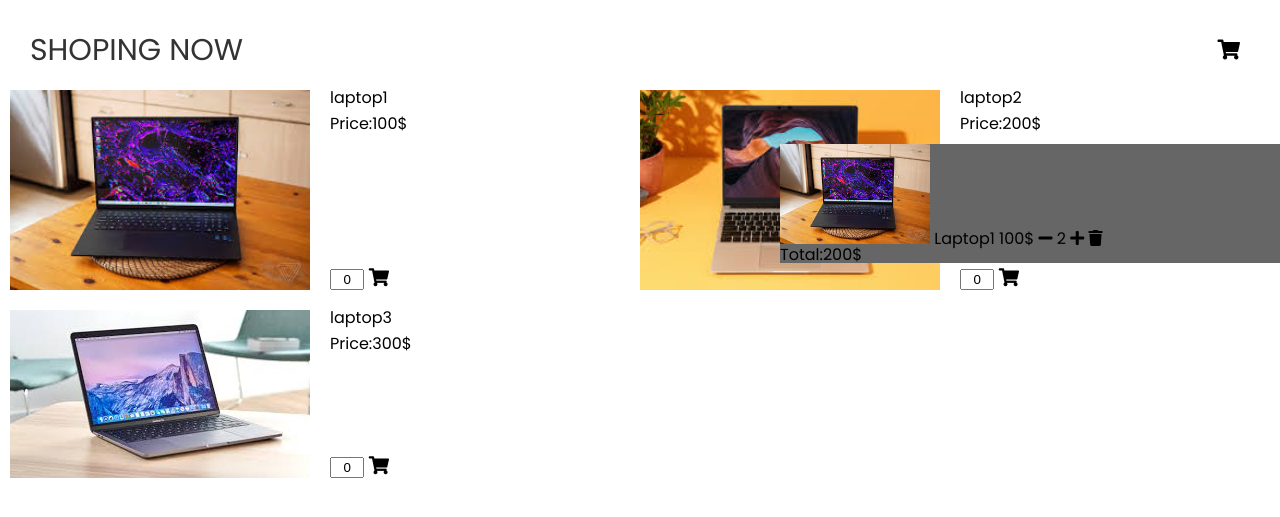
Repository: nttthao9/shopingcart
Page: index.html
An editor plug-in stored every save of this project. The page is shown before and after the next save, followed by the edit.
The browser window is 1280 px wide. The pictures show the whole page.
Some web libraries are served in a nearby version.

Above is the page before, as saved 2021-10-04 14:56:45.

### index.html
<!DOCTYPE html>
<html lang="en">

<head>
  <meta charset="UTF-8">
  <meta http-equiv="X-UA-Compatible" content="IE=edge">
  <meta name="viewport" content="width=device-width, initial-scale=1.0">
  <title>Shoping Cart</title>
  <link rel="preconnect" href="https://fonts.googleapis.com">
  <link rel="preconnect" href="https://fonts.gstatic.com" crossorigin>
  <link href="https://fonts.googleapis.com/css2?family=Poppins:wght@300;400;500;600&display=swap" rel="stylesheet">
  <link rel="stylesheet" href="https://cdnjs.cloudflare.com/ajax/libs/font-awesome/5.1.0-11/css/all.css"
    integrity="sha512-xO/VZFNBvip9IT+BD6Nq/pHdBvKeFcwygKqARlegjQ+5A68KsMSYrPbGP1oYow5ec9Tqq8peJXcn5J1bD4O00w=="
    crossorigin="anonymous" referrerpolicy="no-referrer" />
  <link rel="stylesheet" href="./styles/reset.css">
  <link rel="stylesheet" href="./styles/style.css">
</head>

<body>
  <div class="shoping">
    <div class="shoping-bar">
      <h2 class="shoping-title">Shoping now</h2>
      <div class="shoping-cart">
        <i class="fas fa-shopping-cart"></i>
      </div>
    </div>
    <div class="product-list">
      <!-- <div class="product-item">
        <img src="./images/laptop1.jpg" alt="" class="product-image">
        <div class="product-desc">
          <span class="product-name">Laptop1</span>
          <span>Price:<span class="product-price">100$</span></span>
          <div class="product-buy">
            <input type="number" name="" id="" class="product-count" value="0" min="0">
            <i class="fas fa-shopping-cart cart-icon"></i>
          </div>
        </div>
      </div> -->
    </div>
    <div class="cart">
      <div class="cart-item">
        <img src="./images/laptop1.jpg" alt="" class="cart-image">
        <span>Laptop1</span>
        <span>100$</span>
        <i class="fas fa-minus"></i>
        <span class="count">2</span>
        <i class="fas fa-plus"></i>
        <i class="fa fa-trash"></i>
      </div>
      <div class="total"><span>Total:</span><span>200$</span></div>
    </div>
  </div>
  <script src="./main.js"></script>
</body>

</html>

### styles/style.css
* {
  box-sizing: border-box;
}
html {
  font-size: 62.5%;
}
image {
  display: block;
  max-width: 100%;
}
input::-webkit-outer-spin-button,
input::-webkit-inner-spin-button {
  -webkit-appearance: none;
  margin: 0;
}
input[type='number'] {
  -moz-appearance: textfield;
}
body {
  font-family: 'Poppins', sans-serif;
  line-height: 1;
  font-size: 1.6rem;
}
.shoping {
  padding: 1rem;
}
.shoping-bar {
  display: flex;
  align-items: center;
  justify-content: space-between;
  padding: 2rem;
}
.shoping-title {
  font-size: 3rem;
  color: #333;
  text-transform: uppercase;
}
.shoping-cart {
  font-size: 2rem;
  padding: 1rem;
  cursor: pointer;
}
.product-list {
  display: flex;
  justify-content: space-between;
  flex-wrap: wrap;
}
.product-item {
  width: 50%;
  display: flex;
  margin-bottom: 2rem;
}
.product-name {
  display: block;
  margin-bottom: 1rem;
}
.product-price {
  display: inline-block;
  margin-bottom: 1rem;
}
.product-desc {
  margin-left: 2rem;
  display: flex;
  flex-direction: column;
}
.product-count {
  width: 15%;
  text-align: center;
}
.product-buy {
  margin-top: auto;
}
.cart-icon {
  display: inline-block;
  font-size: 1.8rem;
  cursor: pointer;
  margin-right: 2rem;
}
.product-image {
  width: 30rem;
  overflow: hidden;
  -o-object-fit: cover;
  object-fit: cover;
}
.cart {
  position: fixed;
  top: 20%;
  right: 0;
  width: 50rem;
  background-color: #666;
}
.cart-image {
  width: 15rem;
}

### main.js
const listItem = [
  {
    id: 1,
    name: 'laptop1',
    image: './images/laptop1.jpg',
    price: 100,
  },
  {
    id: 2,
    name: 'laptop2',
    image: './images/laptop2.jpg',
    price: 200,
  },
  {
    id: 3,
    name: 'laptop3',
    image: './images/laptop3.jpg',
    price: 300,
  },
];

const nameProduct = listItem.map((item) => Object.values(item));
console.log(nameProduct);
window.addEventListener('load', function () {
  const productList = document.querySelector('.product-list');
  const productId = listItem.map((item) => item.id);
  console.log(productId);
  const productName = listItem.map((item) => item.name);
  console.log(productName);
  const productPrice = listItem.map((item) => item.price);
  console.log(productPrice);
  function createProductItem(name, productName, productPrice) {
    const template = `<div class="product-item">
    <img src="./images/${name}.jpg" alt="" class="product-image">
    <div class="product-desc">
      <span class="product-name">${productName}</span>
      <span>Price:<span class="product-price">${productPrice}$</span></span>
      <div class="product-buy">
        <input type="number" name="" id="" class="product-count" value="0" min="0">
        <i class="fas fa-shopping-cart cart-icon"></i>
      </div>
    </div>
    </div>`;
    productList.insertAdjacentHTML('beforeend', template);
  }
  for (let i = 0; i < listItem.length; i++) {
    createProductItem(productName[i], productName[i], productPrice[i]);
  }
});

Loaded but not shown: styles/reset.css (common file)

After the next save:
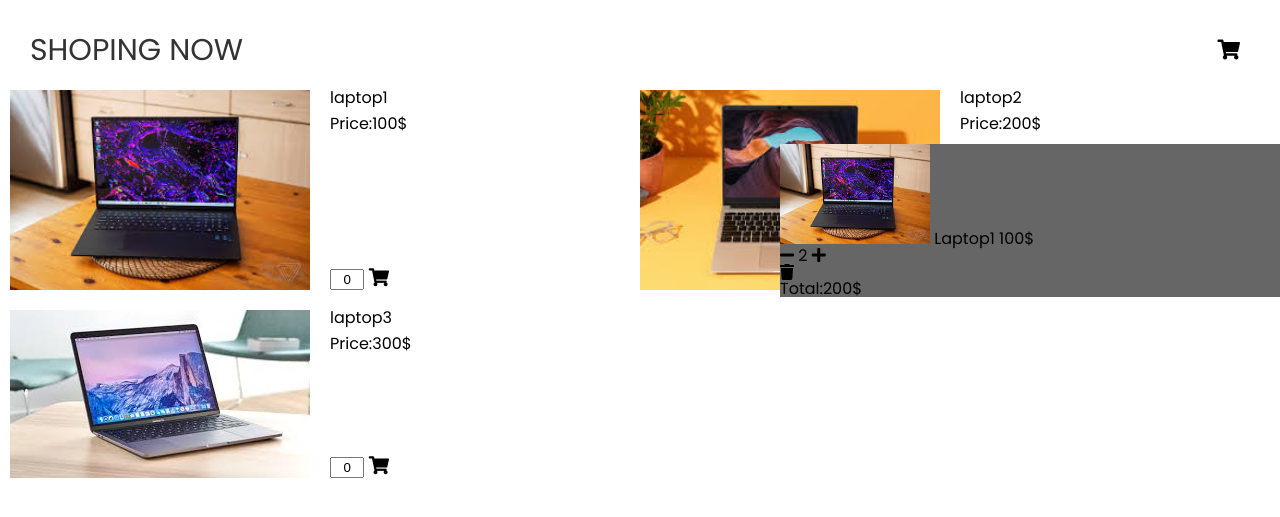
Saved 32 s later.
--- a/index.html
+++ b/index.html
@@ -42,9 +42,11 @@
         <img src="./images/laptop1.jpg" alt="" class="cart-image">
         <span>Laptop1</span>
         <span>100$</span>
-        <i class="fas fa-minus"></i>
-        <span class="count">2</span>
-        <i class="fas fa-plus"></i>
+        <div class="itemchange">
+          <i class="fas fa-minus"></i>
+          <span class="count">2</span>
+          <i class="fas fa-plus"></i>
+        </div>
         <i class="fa fa-trash"></i>
       </div>
       <div class="total"><span>Total:</span><span>200$</span></div>
